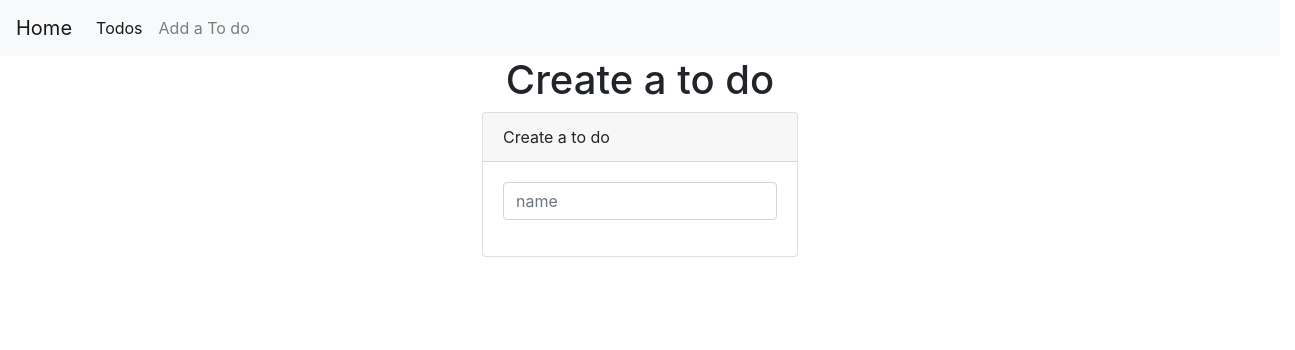
Repository: Azariagmt/laravel-to-do-app
Page: http://localhost/new-to-do
An editor plug-in stored every save of this project. The page is shown before and after the next save, followed by the edit.
The browser window is 1280 px wide. The page is 1295 px wide, so the pictures cover 1295 px, including what lies to the right of the window. The pictures show the whole page.
The page is served by the project's Laravel application, run on PHP 8.4 with Laravel 8.

Above is the page before, as saved 2020-04-27 22:48:47.

After the next save:
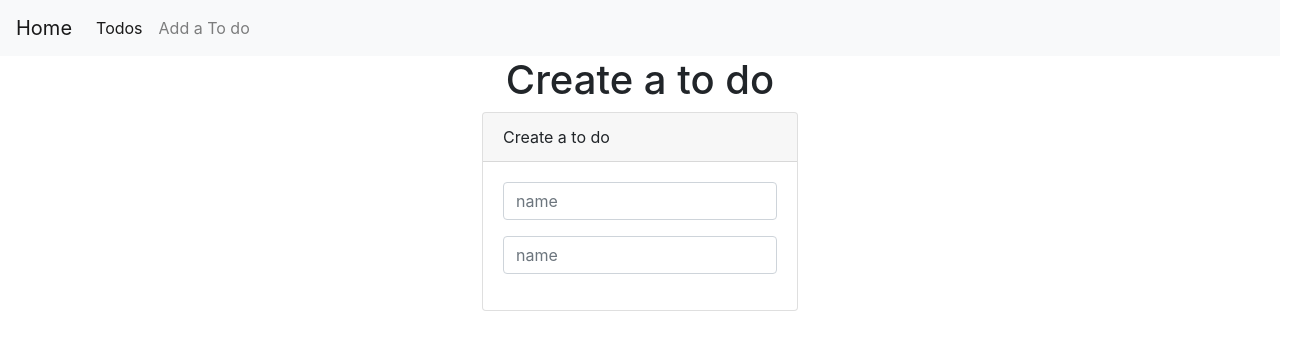
Saved 7 s later.
--- a/resources/views/todos/new.blade.php
+++ b/resources/views/todos/new.blade.php
@@ -14,6 +14,9 @@ Create a to do
 <div class="form-group">
 <input type="text" class="form-control" name="name" placeholder="name">
 </div>
+<div class="form-group">
+<input type="text" class="form-control" name="name" placeholder="name">
+</div>
 </form>
 </div>
 </div>
